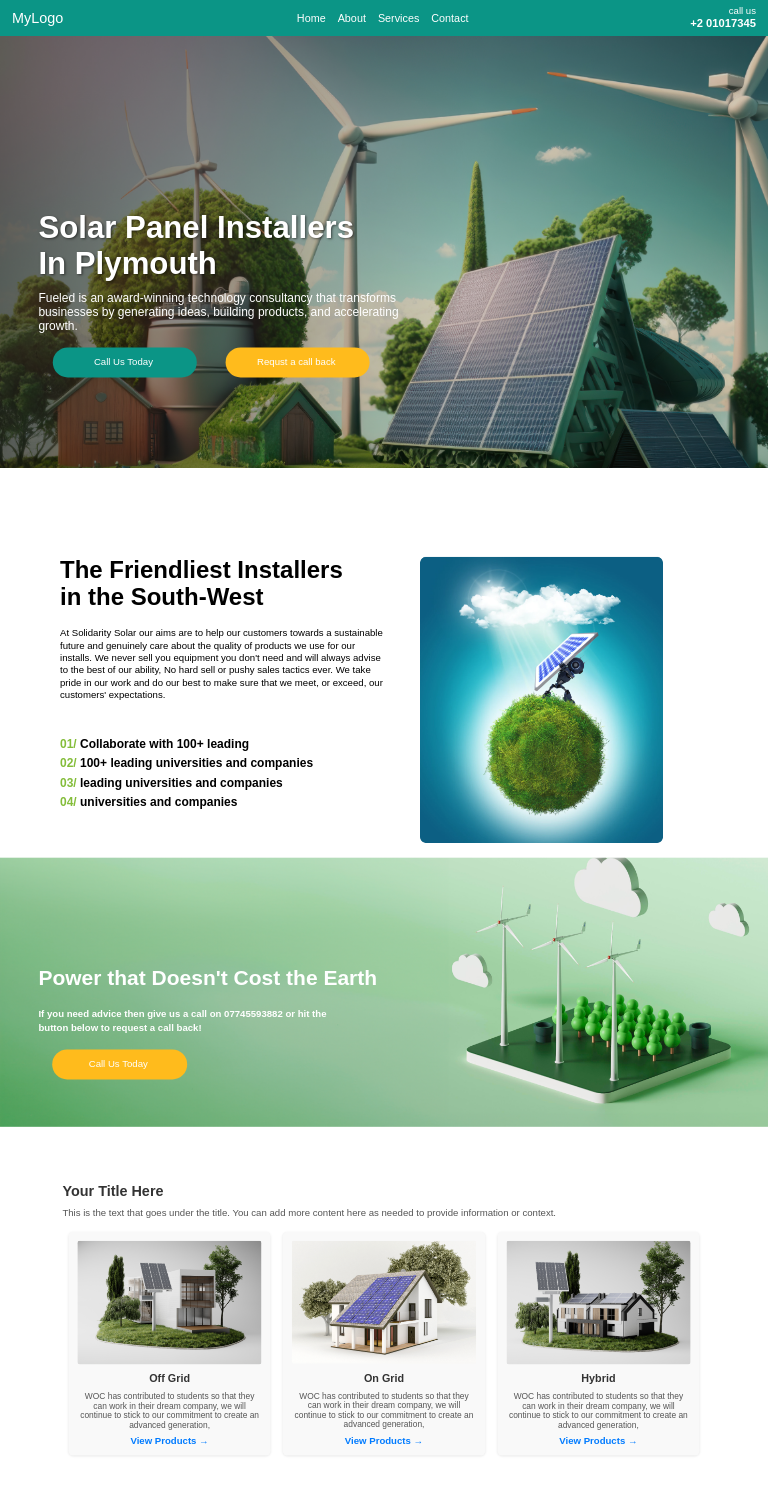
Repository: MaramNabil872/Landing-Page
Page: landingPage.html
The author's editor kept a copy of each file at every save. The page is drawn from the files as they stood at one save, then again after a run of saves.
The browser window is 1280 px wide. The pictures show the whole page, at 60% of full size.

Above is the page before, as saved 2024-10-20 22:03:32.

### landingPage.html
<!DOCTYPE html>
<html lang="en">
    <head>
        <meta charset="UTF-8" />
        <meta name="viewport" content="width=device-width, initial-scale=1.0" />
        <title>Landing Page</title>
        <link rel="stylesheet" href="landingPage.css" />
    </head>
    <body>
        <nav class="navbar">
            <div class="logo">MyLogo</div>

            <ul class="nav-links">
                <li><a href="#home">Home</a></li>
                <li><a href="#about">About</a></li>
                <li><a href="#services">Services</a></li>
                <li><a href="#contact">Contact</a></li>
            </ul>
            <div class="call">
                <p>call us</p>
                <h3>+2 01017345</h3>
            </div>
        </nav>

        <div class="image-container">
            <img
                src="images/solar-panels-meadow 1.png"
                alt="Background Image"
                class="background-image"
            />
            <div class="main-text">
                <h2 class="text-wallpaper">
                    Solar Panel Installers <br />
                    In Plymouth
                </h2>
                <br />
                <p class="text-paragraph">
                    Fueled is an award-winning technology consultancy that
                    transforms <br />
                    businesses by generating ideas, building products, and
                    accelerating<br />
                    growth.
                </p>
                <div class="button-container">
                    <button class="button-wallpaper1">Call Us Today</button>
                    <button class="button-wallpaper2">
                        Requst a call back
                    </button>
                </div>
            </div>
        </div>

        <!-- first container -->

        <div class="container1">
            <div class="text-container1">
                <p class="title-container1">
                    The Friendliest Installers <br />in the South-West
                </p>
                <p class="paragraph-container1">
                    At Solidarity Solar our aims are to help our customers
                    towards a sustainable future and genuinely care about the
                    quality of products we use for our installs. We never sell
                    you equipment you don't need and will always advise to the
                    best of our ability, No hard sell or pushy sales tactics
                    ever. We take pride in our work and do our best to make sure
                    that we meet, or exceed, our customers' expectations.
                </p>
                <div class="last-container1">
                    <p>
                        <span class="number-container1">01/ </span>Collaborate
                        with 100+ leading
                    </p>
                    <p>
                        <span class="number-container1">02/ </span> 100+ leading
                        universities and companies
                    </p>
                    <p>
                        <span class="number-container1">03/ </span> leading
                        universities and companies
                    </p>
                    <p>
                        <span class="number-container1">04/ </span> universities
                        and companies
                    </p>
                </div>
            </div>
            <div class="image-container1">
                <img src="images/Rectangle 30.png" alt="solar" />
            </div>
        </div>

        <!-- second section -->

        <div class="section2">
            <img src="images/middle.png" alt="img" />
            <div class="main-text">
                <h2 class="section2-text">Power that Doesn't Cost the Earth</h2>
                <h6 class="section2-paragraph">
                    If you need advice then give us a call on 07745593882 or hit
                    the <br />
                    button below to request a call back!
                </h6>
                <button class="button-wallpaper2">Call Us Today</button>
            </div>
        </div>

        <!-- third section -->

        <div class="white-container">
            <h2 class="title">Your Title Here</h2>
            <p class="text">
                This is the text that goes under the title. You can add more
                content here as needed to provide information or context.
            </p>

            <div class="card-container">
                <div class="card">
                    <img src="images/1.png" alt="Image 2" class="card-image" />
                    <h3 class="card-title">Off Grid</h3>
                    <p class="card-text">
                        WOC has contributed to students so that they can work in
                        their dream company, we will continue to stick to our
                        commitment to create an advanced generation,
                    </p>
                    <a href="#" class="card-link">View Products →</a>
                </div>
                <div class="card">
                    <img
                        src="images/solar-panels-meadow 2 (1).png"
                        alt="Image 3"
                        class="card-image"
                    />
                    <h3 class="card-title">On Grid</h3>
                    <p class="card-text">
                        WOC has contributed to students so that they can work in
                        their dream company, we will continue to stick to our
                        commitment to create an advanced generation,
                    </p>
                    <a href="#" class="card-link">View Products →</a>
                </div>
                <div class="card">
                    <img
                        src="images/solar-panels-meadow 3.png"
                        alt="Image 1"
                        class="card-image"
                    />
                    <h3 class="card-title">Hybrid</h3>
                    <p class="card-text">
                        WOC has contributed to students so that they can work in
                        their dream company, we will continue to stick to our
                        commitment to create an advanced generation,
                    </p>
                    <a href="#" class="card-link">View Products →</a>
                </div>
            </div>
        </div>
    </body>
</html>

### landingPage.css
* {
    margin: 0;
    padding: 0;
    box-sizing: border-box; /* Added for consistent sizing */
}

body {
    font-family: Arial, sans-serif;
}
@media (max-width: 480px) {
    .text-overlay {
        font-size: 1.2rem; /* Even smaller text size for very small screens */
    }

    .call h3 {
        font-size: 1.2rem; /* Adjust call size for small screens */
    }
}
@media (max-width: 768px) {
    .navbar {
        flex-direction: column; /* Stack items vertically */
        align-items: flex-start; /* Align items to the left */
    }

    .nav-links {
        margin-top: 10px; /* Space between navbar and links */
    }

    .nav-links li {
        margin-left: 0;
        margin-bottom: 10px; /* Space between links */
    }

    .text-overlay {
        font-size: 1.5rem; /* Smaller text size for mobile */
    }
}


.navbar {
    background-color: #0b9586;
    display: flex;
    justify-content: space-between;
    align-items: center;
    padding: 10px 20px;
    position: relative;
    flex-wrap: wrap; /* Allow items to wrap on smaller screens */
}

.logo {
    color: #fff;
    font-size: 24px;
}

.nav-links {
    list-style: none;
    display: flex;
    flex-wrap: wrap; /* Allow links to wrap on smaller screens */
}

.nav-links li {
    margin-left: 20px;
}

.nav-links a {
    text-decoration: none;
    color: white;
    font-size: 18px;
    transition: color 0.3s;
}

.nav-links a:hover {
    color: #f0a500;
}

.call {
    color: #fff;
    text-align: right; /* Align text to the right */
}

.image-container {
    position: relative;
    width: 100%;
    height: 100vh;
    overflow: hidden;
}

.background-image {
    width: 100%;
    height: 100%;
    object-fit: cover;
}
.main-text{
    position: absolute;
    top: 40%;
    left:5%;
}
.text-wallpaper {


    color: white;
    font-size: 52px;
    font-weight: bold;
    text-shadow: 2px 2px 4px rgba(0, 0, 0, 0.5);
}
.text-paragraph{
    color: white;
    font-size:  20px;

}
.button-container{
    display: flex;
}
.button-wallpaper1 {
    background-color: #0b9586;
    color: white;
    border: none;
    border-radius: 20em;
    padding: 0.8em 1.5em 0.8em 1.2em;
    width: 40%;
    margin: 4%;
    height: 50px;
    font-size: 16px;
    cursor: pointer;
    align-items: center;

}
.button-wallpaper2 {
    background-color:  #FFBB1C;
    ;
    color: white;
    border: none;
    border-radius: 20em;
    padding: 0.8em 1.5em 0.8em 1.2em;
    width: 40%;
    margin: 4%;
    height: 50px;
    font-size: 16px;
    cursor: pointer;
    align-items: center;

}

.container1 {
    display: flex;
    background-color: white;
    padding-top: 10%;
    border-radius: 8px;
    max-width: 1200px;
    margin: 20px auto;


}
.title-container1{
    font-size: 40px;
    font-weight: bold;


}
.text-container1 {
   flex:1;
    padding-right:5%;
padding-left: 5%;}
.paragraph-container1{
    margin-top: 5%;
    line-height: 1.3;
}

.last-container1{
    font-size: 20px;
    font-weight: bold;
    padding-top: 10%;
    line-height: 1.6;
    .number-container1{
        color:#84BD3A;
        ;
    }
}
.image-container1 {
   flex:1
}

.image-container1 img {
    width: 75%;
    height: auto;
    border-radius: 8px;
}


.section2 {
    position: relative;
    width: 100%;
    overflow: hidden;
}

.section2 img {
    width: 100%;
    height: auto; }

.section2-text {
font-size: 35px;
    color: white;

}
.section2-paragraph{
    padding-top: 5%;
    line-height: 1.5;

    font-size: 16px;
    color: white;
}

/* third section */
.white-container {
    background-color: white;
    padding: 5%;
    max-width: 1200px;
    margin: 2% auto;
}

.title {
    margin: 0 0 10px; /* No margin above, 10px below the title */
    font-size: 24px; /* Font size for the title */
    color: #333; /* Color of the title text */
}

.text {
    margin: 0 0 20px; /* Margin below the text */
    font-size: 16px; /* Font size for the paragraph */
    color: #555; /* Color of the paragraph text */
    line-height: 1.5; /* Line height for better readability */
}

.card-container {
    display: flex; /* Use Flexbox to align cards in a row */
    justify-content: space-between; /* Space between cards */
    margin-top: 20px; /* Space above the card container */
}

.card {
    background-color: #f9f9f9; /* Light background for each card */
    border-radius: 8px; /* Rounded corners for cards */
    box-shadow: 0 1px 4px rgba(0, 0, 0, 0.1); /* Subtle shadow for cards */
    padding: 15px; /* Padding inside the cards */
    text-align: center; /* Center the text in the cards */
    flex: 1; /* Allow cards to grow equally */
    margin: 0 10px; /* Margin between cards */
}

.card-image {
    width: 100%; /* Make the image take full width of the card */
    height: auto; /* Maintain aspect ratio */
    border-radius: 4px; /* Rounded corners for the image */
}

.card-title {
    font-size: 18px; /* Font size for card titles */
    color: #333; /* Color of card title text */
    margin: 10px 0; /* Margin above and below card title */
}

.card-text {
    font-size: 14px; /* Font size for card text */
    color: #555; /* Color of card text */
    margin: 10px 0; /* Margin above and below card text */
}

.card-link {
    text-decoration: none; /* Remove underline from link */
    color: #007bff; /* Link color */
    font-weight: bold; /* Bold link text */
}

.card-link:hover {
    text-decoration: underline; /* Underline link on hover */
}

After the next 4 saves:
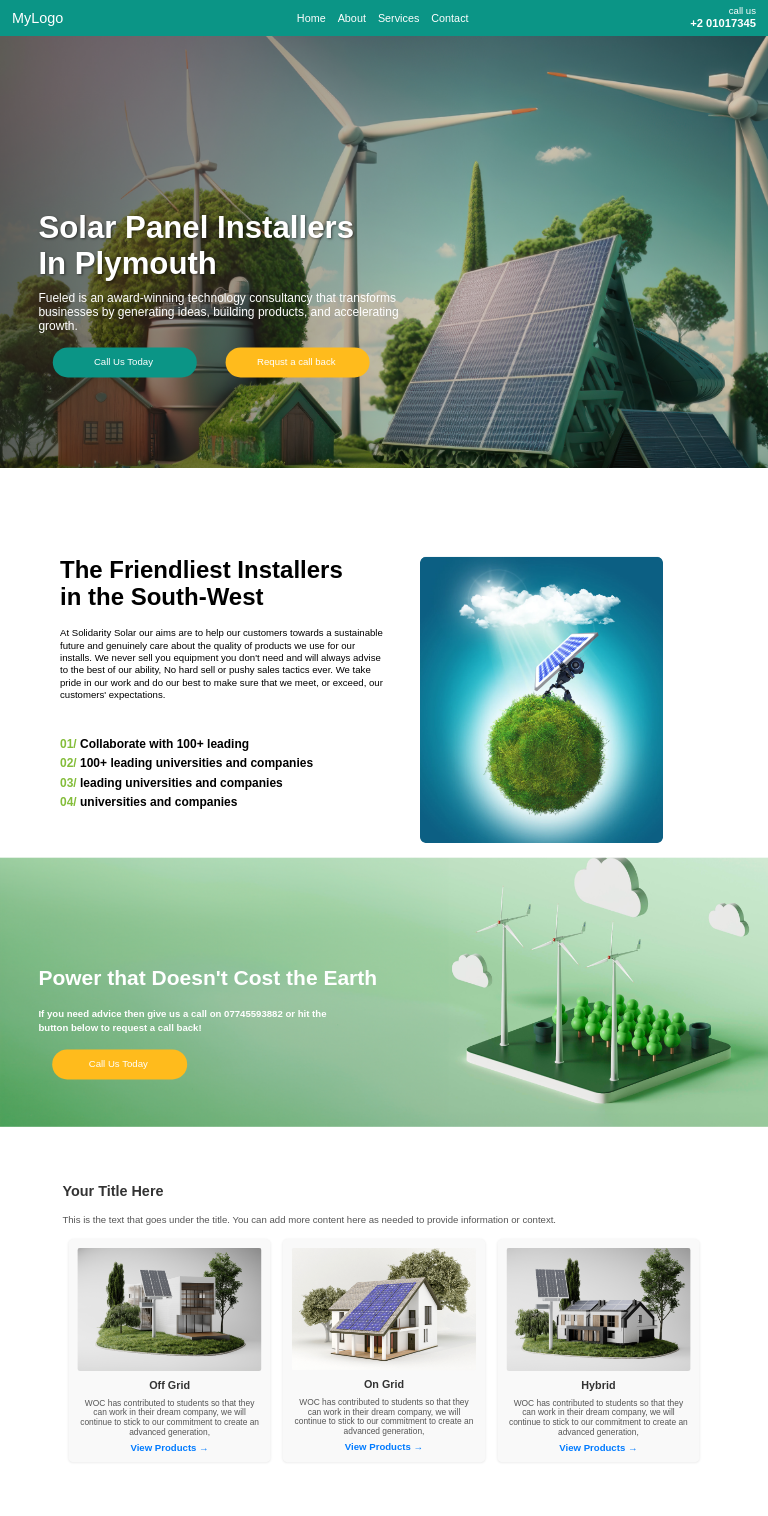
The 4 saves are shown as one change because they came seconds apart.
The last was saved 12 s later.
--- a/landingPage.css
+++ b/landingPage.css
@@ -219,7 +219,7 @@ font-size: 35px;
 }
 
 .title {
-    margin: 0 0 10px; /* No margin above, 10px below the title */
+    margin-bottom: 2%;
     font-size: 24px; /* Font size for the title */
     color: #333; /* Color of the title text */
 }
